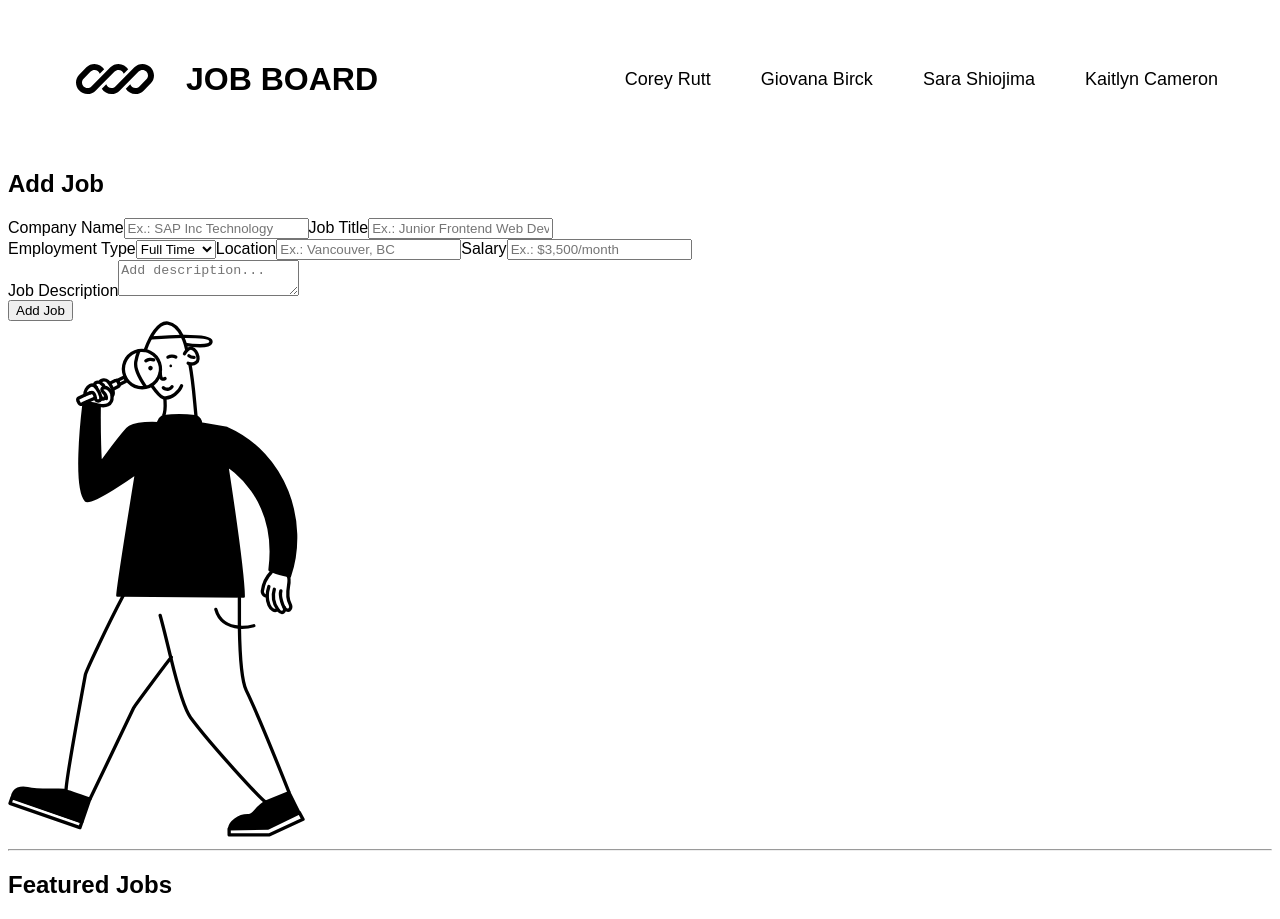
Repository: kcameron37/Final-Project-FrontEnd
Page: /
The author's editor kept a copy of each file at every save. The page is drawn from the files as they stood at one save, then again after a run of saves.
The browser window is 1280 px wide. The pictures show the whole page.
The project was rebuilt for these pictures with package versions that can differ from the ones it lists, and the page was loaded fresh each time. Also part of the build but not shown: src/components/addJob.module.css.

Above is the page before, as saved 2023-11-14 20:13:55.

### src/App.js
import React, { useState } from 'react';

import styles from './styles.css';

import JobList from './components/JobList.js';
import AddJob from './components/AddJob.js';
import NavBar from './components/NavBar.js';


export default function App() {
  const [jobs, setJobs] = useState([]);

  const addJob = (job) => {
    setJobs([...jobs, job]);
  };

  const deleteJob = (index) => {
    const newJobs = jobs.filter((_, idx) => idx !== index);
    setJobs(newJobs);
  };

  return (
    <div className="App">
      <NavBar />
      <AddJob addJob={addJob} />
      <JobList jobs={jobs} deleteJob={deleteJob} />
    </div>
  );
}

### src/styles.css
.App {
  font-family: 'Rubik', sans-serif;
}

### src/components/JobList.js
import React from 'react';

export default function JobList({ jobs, deleteJob }) {
  return (
    <div>
      <hr />
      <h2>Featured Jobs</h2>
      {
        jobs.map((job, index) => (
          <div key={index} className="job-item">
            <h3>{job.jobTitle}</h3>
            <button onClick={() => console.log('Make Edit Do Something')}>Edit</button>
            <button onClick={() => deleteJob(index)}>Delete</button>
            <p>{job.companyName} • {job.employment} • {job.location} • {job.salary}</p>
            <p>{job.description}</p>
            <hr />
          </div>
        ))
      }
    </div>
  );
}

### src/components/AddJob.js
import React, { useState } from 'react';
import styles from './addJob.module.css';


export default function AddJob({ addJob }) {

    const [job, setJob] = useState({
        companyName: '',
        jobTitle: '',
        employment: 'Full Time',
        location: '',
        salary: '',
        description: ''
    });

    const handleSubmit = (e) => {
        e.preventDefault();
        addJob(job);
        setJob({ companyName: '', jobTitle: '', employment: 'Full Time', location: '', salary: '', description: '' });
    }

    const handleChange = (e) => {
        setJob({ ...job, [e.target.name]: e.target.value });
    };

    return (
        <form onSubmit={handleSubmit} className={styles.formContainer}>
            <h2>Add Job</h2>
            <div>
                <label>Company Name</label>
                <input
                    type="text"
                    name="companyName"
                    value={job.companyName}
                    onChange={handleChange}
                    placeholder="Ex.: SAP Inc Technology"
                />

                <label>Job Title</label>
                <input
                    type="text"
                    name="jobTitle"
                    value={job.jobTitle}
                    onChange={handleChange}
                    placeholder="Ex.: Junior Frontend Web Developer"
                />
            </div>

            <div>
                <label>Employment Type</label>
                <select name="employment" value={job.employment} onChange={handleChange}>
                    <option value="Full Time">Full Time</option>
                    <option value="Part Time">Part Time</option>
                </select>

                <label>Location</label>
                <input
                    type="text"
                    name="location"
                    value={job.location}
                    onChange={handleChange}
                    placeholder="Ex.: Vancouver, BC"
                />

                <label>Salary</label>
                <input
                    type="text"
                    name="salary"
                    value={job.salary}
                    onChange={handleChange}
                    placeholder="Ex.: $3,500/month"
                />
            </div>

            <div>
                <label>Job Description</label>
                <textarea
                    name="description"
                    value={job.description}
                    onChange={handleChange}
                    placeholder="Add description..."
                />
            </div>
            <button type="submit">Add Job</button>

            <div>
                <img src="/images/man.svg" alt="Logo" />
            </div>
        </form>
    );
}

### src/components/NavBar.js
import React from 'react';
import styles from './navBar.module.css';

export default function NavBar() {
    return (
        <div className={styles.navBar}>
            <div className={styles.logo}>
                <img src="/images/logo.svg" alt="Logo" />
                <h2>JOB BOARD</h2>
            </div>

            <div>
                <button>Corey Rutt</button>
                <button>Giovana Birck</button>
                <button>Sara Shiojima</button>
                <button>Kaitlyn Cameron</button>
            </div>
        </div>
    );
}

### src/components/navBar.module.css
.logo{
  display: flex;
  align-items: center;
  margin-left: 2em;
  padding: 1em;
}

.logo h2 {
  margin-left: 1em;
  font-size: 32px;
}

.navBar {
    background-color: transparent;
    padding: 10px 20px;
    display: flex;
    align-items: center;
    justify-content: space-between;
  }

  .navBar img {
    height: 30px;
  }

  .navBar button {
    background-color: transparent;
    border: none;
    padding: 10px 16px;
    margin-right: 1em;
    cursor: pointer;
    font-size: 18px;
  }

Loaded but not shown: public/index.html (common file); src/index.js (common file)

After the next 2 saves:
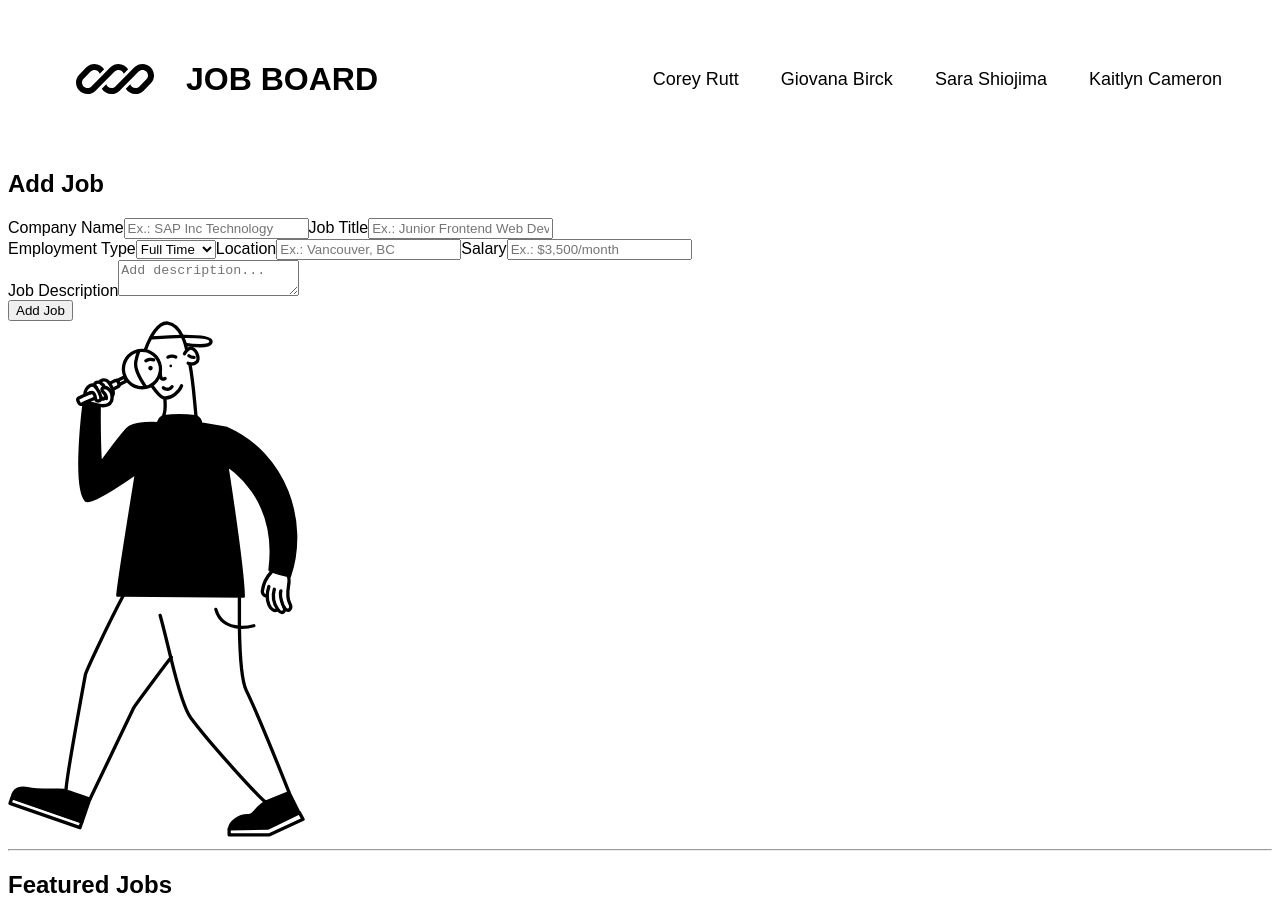
The 2 saves are shown as one change because they came seconds apart.
The last was saved 6 s later.
--- a/src/components/navBar.module.css
+++ b/src/components/navBar.module.css
@@ -25,7 +25,7 @@
   .navBar button {
     background-color: transparent;
     border: none;
-    padding: 10px 16px;
+    padding: 10px 12px;
     margin-right: 1em;
     cursor: pointer;
     font-size: 18px;
